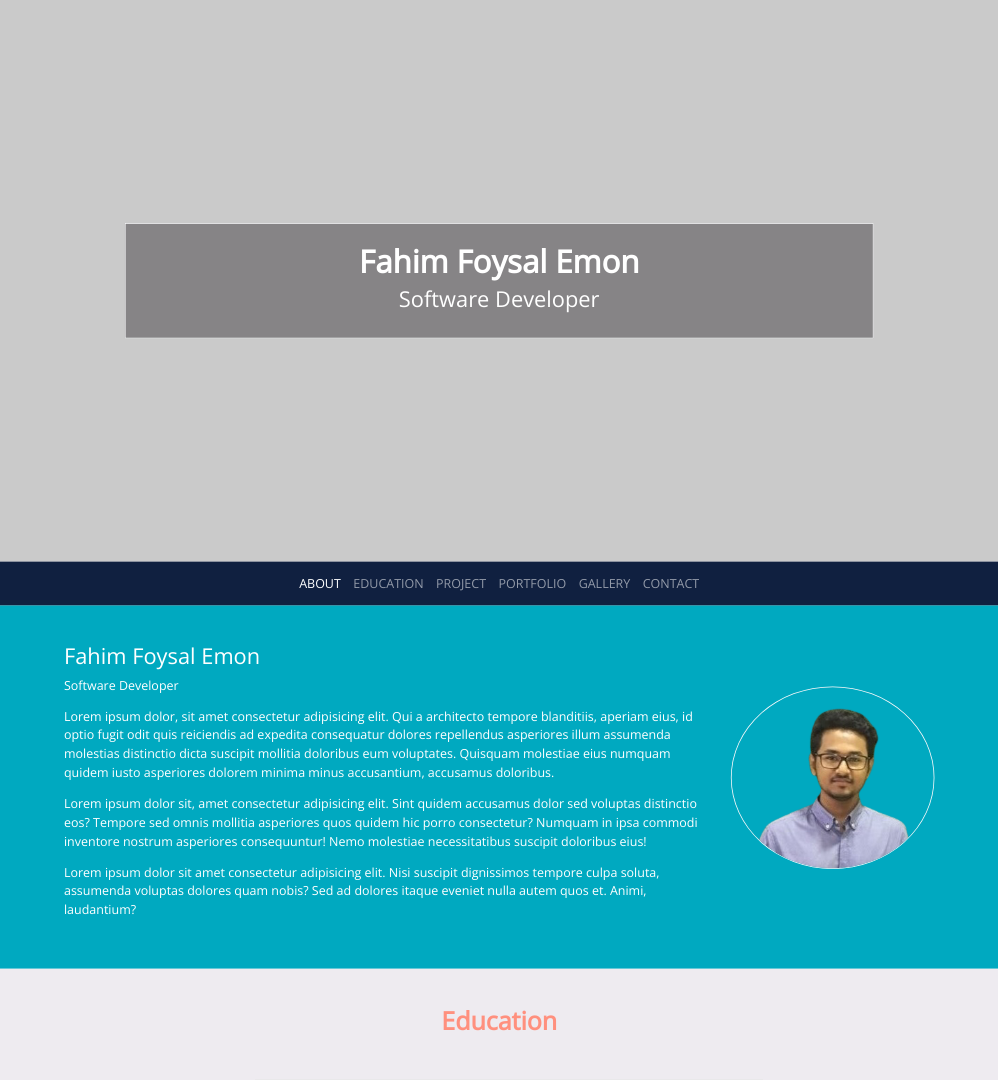
Repository: emowzz/emowzz.github.io
Page: index.html
An editor plug-in stored every save of this project. The page is shown before and after the next save, followed by the edit.
The browser window is 1280 px wide. The pictures show the whole page, at 78% of full size.
Some web libraries are served in a nearby version.

Above is the page before, as saved 2021-03-17 18:45:31.

After the next save:
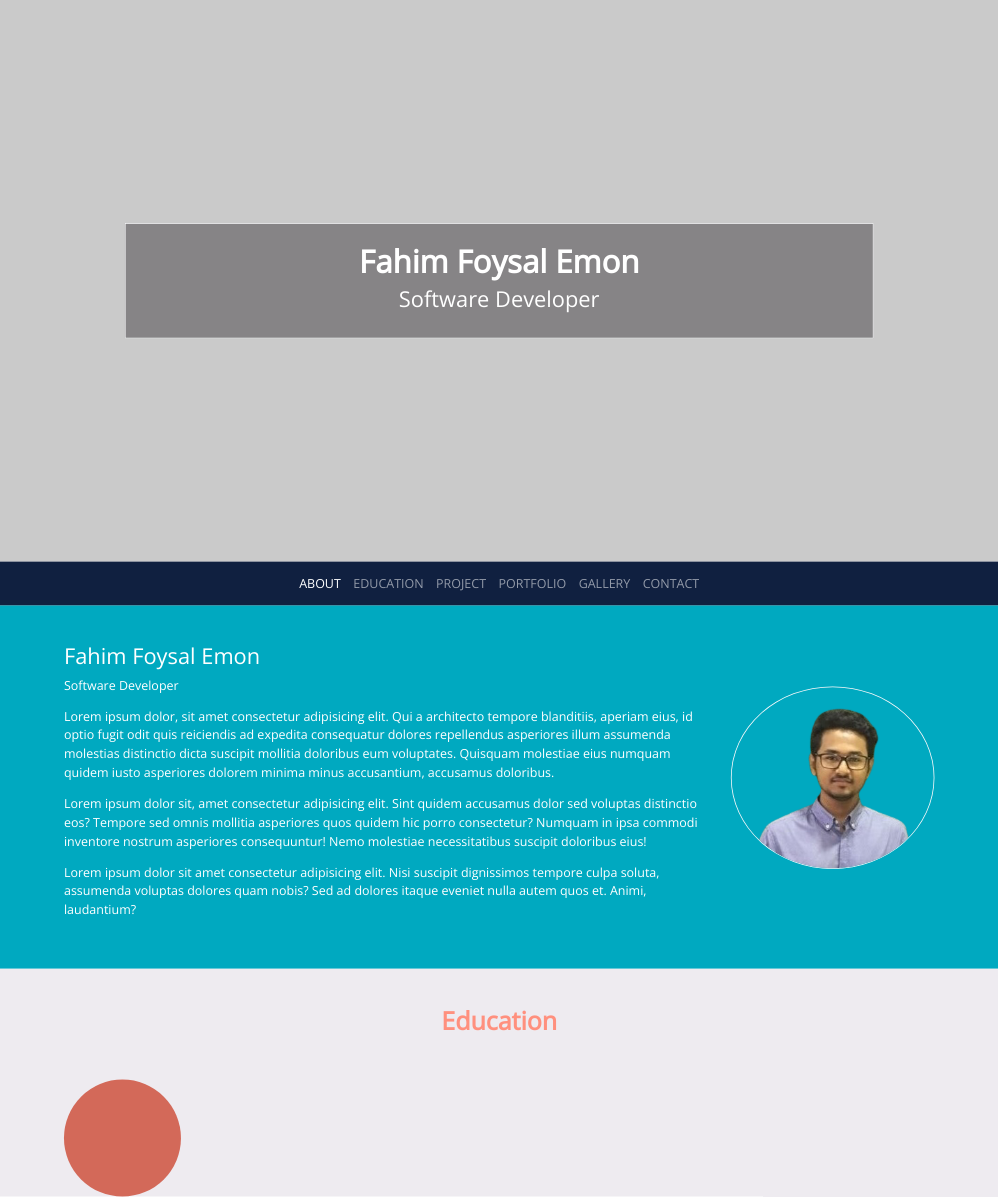
Saved 36 s later.
--- a/index.html
+++ b/index.html
@@ -101,6 +101,17 @@
           </h2>
         </div>
       </div>
+
+      <div class="row">
+        <div class="col-md-2">
+          <div class="circle">
+
+          </div>
+        </div>
+        <div class="col-md-10">
+
+        </div>
+      </div>
     </div>
   </div>
 
